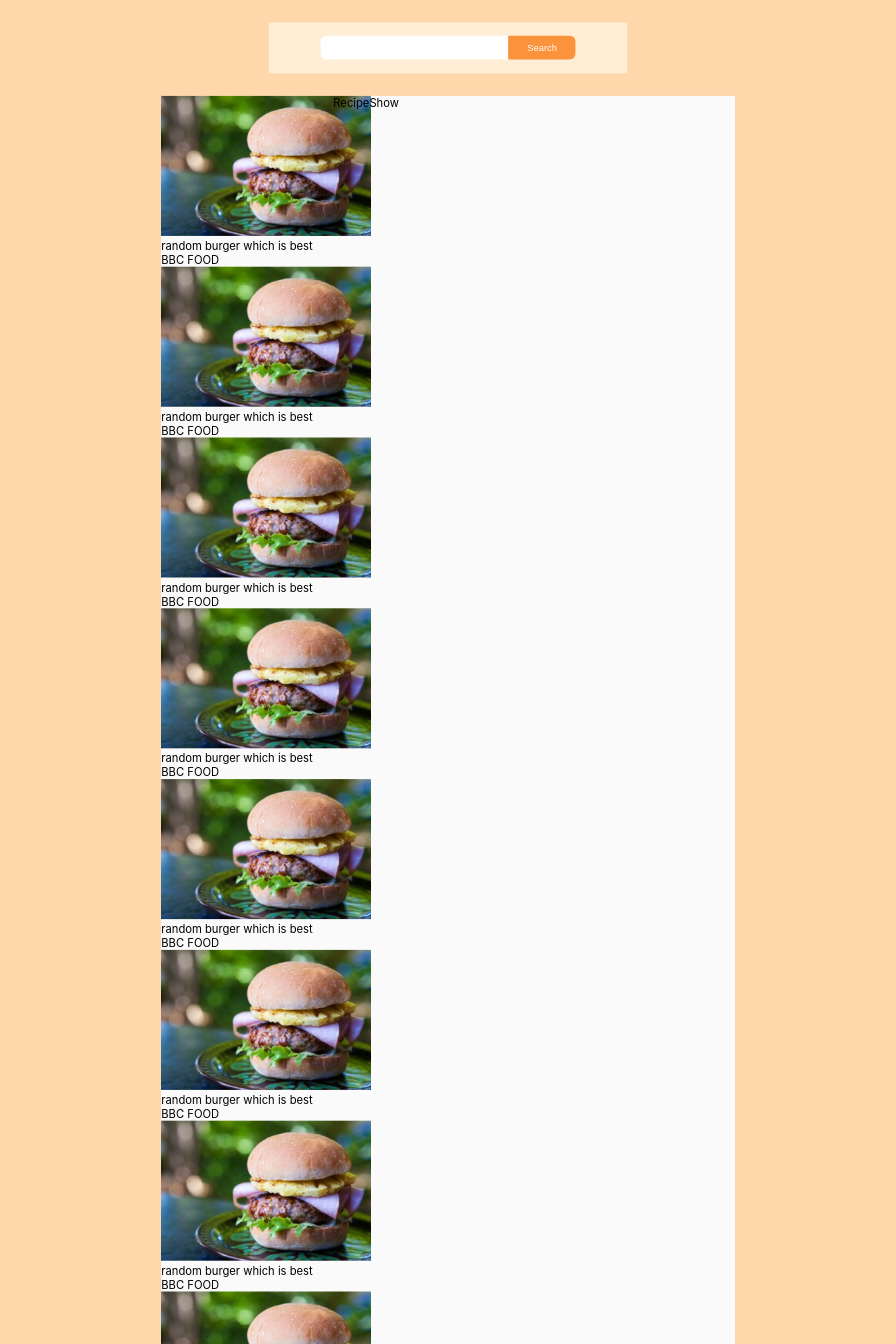
Repository: sandipkarmokar/recipeApp
Page: /
These files come from the project's save history. The page is drawn as it stood at one moment and after the next save; the edit follows.
The browser window is 1280 px wide. The pictures show the part of the page from y = 0 to 1920 px (the page is 2885 px tall before and 1125 px after), at 70% of full size.
The project was rebuilt for these pictures with package versions that can differ from the ones it lists, and the page was loaded fresh each time.

Above is the page before, as saved 2022-04-16 12:12:22.

After the next save:
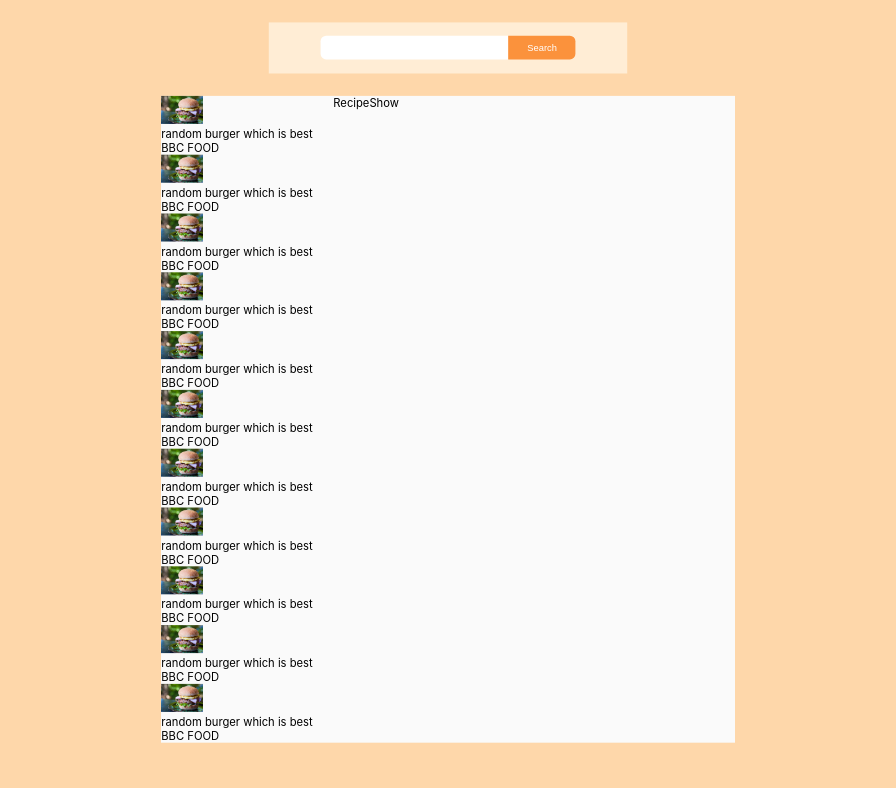
Saved 67 s later.
--- a/src/App.css
+++ b/src/App.css
@@ -60,3 +60,12 @@
 .app .app-container .recipe-modal .recipeList {
     width: 30%;
 }
+.app
+    .app-container
+    .recipe-modal
+    .recipeList
+    .recipeList-container
+    .recipe-item
+    img {
+    height: 40px;
+}
